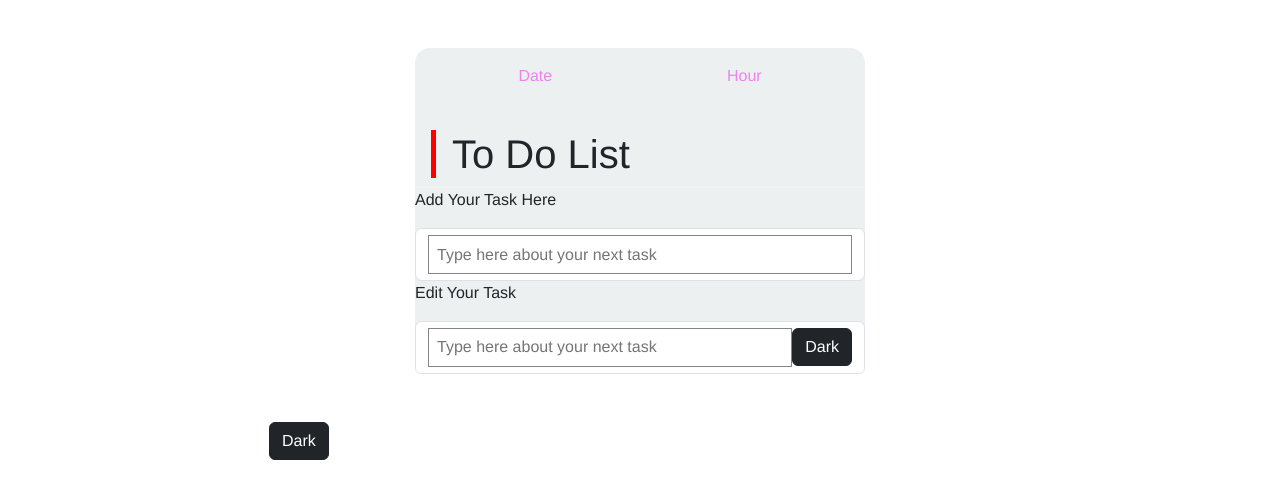
Repository: Passionblaz/TODO
Page: TODO/Untitled-1.html
These files come from the project's save history. The page is drawn as it stood at one moment and after a run of saves; the edit follows.
The browser window is 1280 px wide. The pictures show the whole page.

Above is the page before, as saved 2023-07-14 12:52:35.

### TODO/Untitled-1.html
<!DOCTYPE html>
<html lang="en">
<head>
  <meta charset="UTF-8">
  <meta name="viewport" content="width=device-width, initial-scale=1.0">
  <title>Document</title>
  <link href="https://cdn.jsdelivr.net/npm/bootstrap@5.3.0/dist/css/bootstrap.min.css" rel="stylesheet" integrity="sha384-9ndCyUaIbzAi2FUVXJi0CjmCapSmO7SnpJef0486qhLnuZ2cdeRhO02iuK6FUUVM" crossorigin="anonymous">
  <!-- Bootstrap Bundle JS (jsDelivr CDN) -->
  <script defer src="https://cdn.jsdelivr.net/npm/bootstrap@5.3.0/dist/js/bootstrap.bundle.min.js" integrity="sha384-geWF76RCwLtnZ8qwWowPQNguL3RmwHVBC9FhGdlKrxdiJJigb/j/68SIy3Te4Bkz" crossorigin="anonymous"></script>
  <link rel="stylesheet" href="todostyles.css">
</head>
<body>
<div class="todo-container">
  <div class="date-hour">
    <p class="date">Date</p>
    <p class="hour">Hour</p>
  </div>
<header>
  <h1>To Do List</h1>
</header>

<form action="" id="todo-form">
  <p>Add Your Task Here</p>
<div class="form-control">
<input type="text" id="todo-input" placeholder="Type here about your next task">

</div>

</form>

<form action="" id="edit-form">
  <p>Edit Your Task</p>
<div class="form-control">
<input type="text" id="edit-input" placeholder="Type here about your next task">
<div class="button2">
  <button type="button" class="btn btn-dark">Dark</button>
 </div>
</div>

</form>

</div>



  <div class="button">
     <button type="button" class="btn btn-dark">Dark</button>
    </div>


    </body>
</html>

### TODO/todostyles.css
*{
  padding: 0;
  margin: 0;
  box-sizing: border-box;
}
body{
  font-family: 'Franklin Gothic Medium', 'Arial Narrow', Arial, sans-serif;
  background: rgb(red, green, blue);

}
.form-control {
  display: flex;
}
.form-control input {
  flex: 1;
  outline: 0;
box-shadow: none;
border: 1px solid #858585;
}
.form-control button:hover {
  background-color: green;
}
.date-hour {
  display: flex;
  justify-content: space-around;
  align-items:center;
  padding: 1rem 1rem 1.5rem 1rem;
  font-size: 16px;
  color: violet;
}
button {
  background-color: darkorange;
  color: blue;
  border: 2px solid red;
  padding: 0.2rem 0.4rem;
  font-size: .8rem;
  cursor: pointer;
  justify-content: center;
  align-items: center;
  transition: .4s;
  border: 1px solid orange;
}
button:hover {
  background-color: orangered;
  color: white;
}
button > i {
  font-weight: bold;
  pointer-events: none;
}
input {
  padding: .4rem .5rem;
}
.hide {
  display: none;
}
.todo-container {
  background-color: #ecf0f1;
  border-radius: 15px;
  width: 450px;
  margin: 3rem auto;
  padding: 1.5.rem;
}
.todo-container header {
  padding: 0.1rem 1rem;
border-bottom: 1px solid whitesmoke;
}
header >h1 {
  padding-left: 16px;
  border-left: 5px solid red;
}


.button {
  padding-left: 269px;

}

After the next 2 saves:
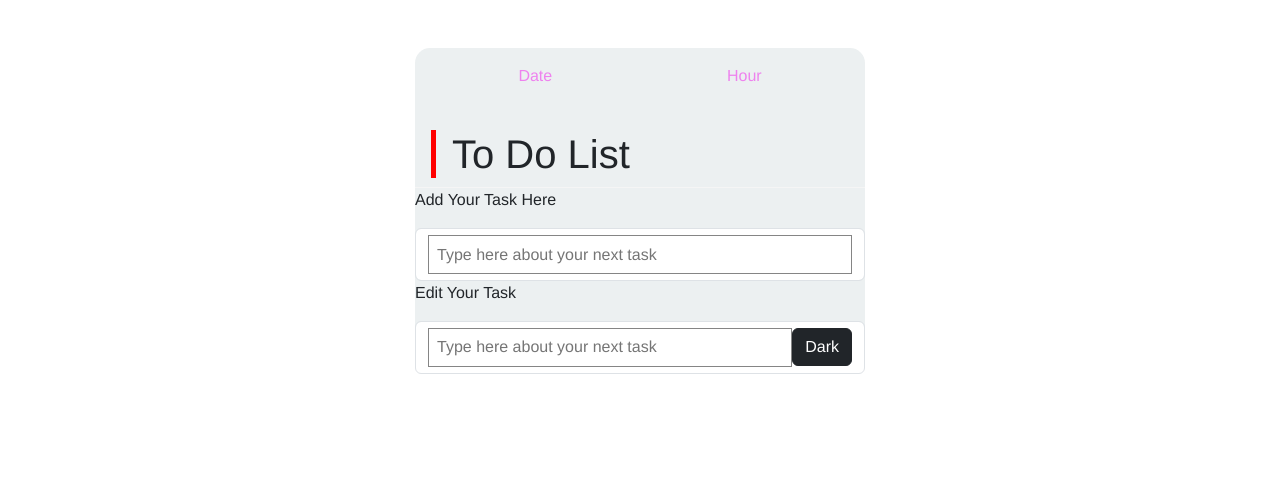
The 2 saves are shown as one change because they came seconds apart.
The last was saved 15 s later.
--- a/TODO/Untitled-1.html
+++ b/TODO/Untitled-1.html
@@ -43,10 +43,6 @@
 
 
 
-  <div class="button">
-     <button type="button" class="btn btn-dark">Dark</button>
-    </div>
-
 
     </body>
 </html>
